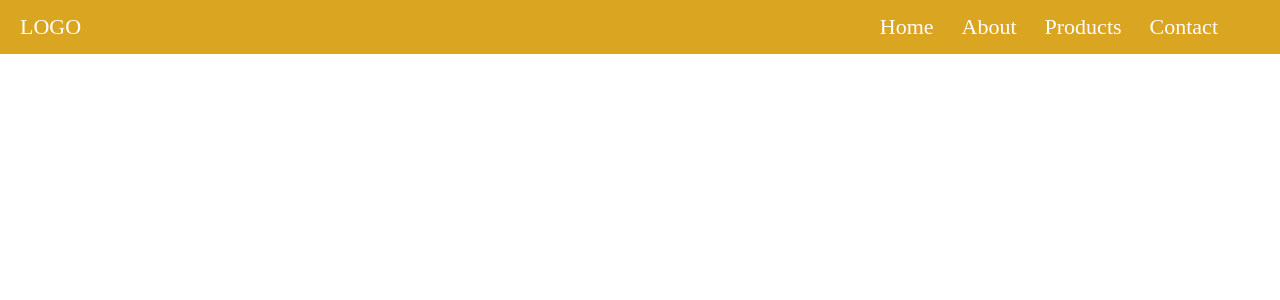
Repository: albayrakfatih/Flex-Navbar
Page: navbar-w-flexbox.html
An editor plug-in stored every save of this project. The page is shown before and after the next save, followed by the edit.
The browser window is 1280 px wide. The pictures show the whole page.

Above is the page before, as saved 2023-05-09 20:12:50.

After the next save:
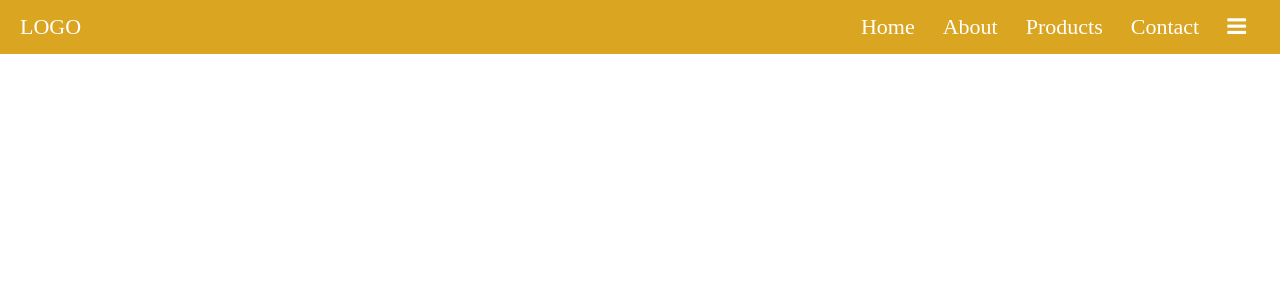
Saved 36 s later.
--- a/navbar-w-flexbox.html
+++ b/navbar-w-flexbox.html
@@ -19,7 +19,7 @@
             <li><a href="#">Products</a></li>
             <li><a href="#">Contact</a></li>
             <li><a href="#">
-
+                <i class="fa fa-bars"></i>
             </a></li>
 
         </ul>
